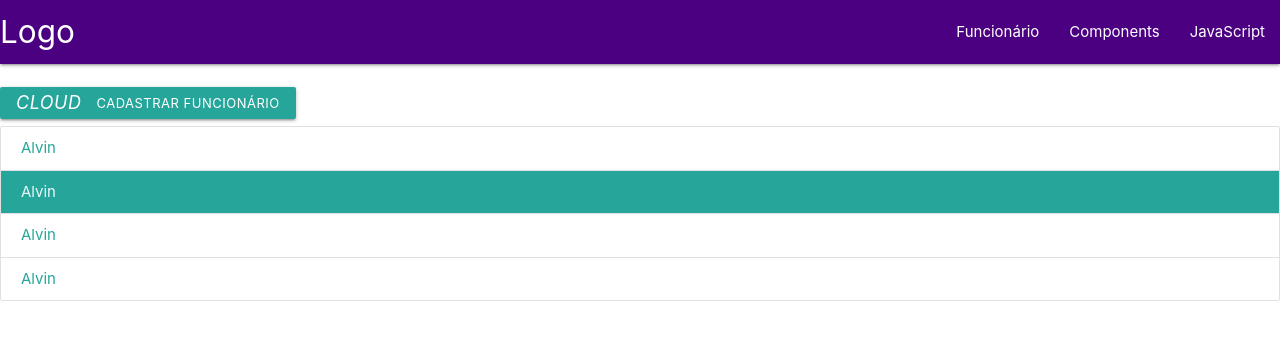
Repository: andrehct/CONCESSIONARIA_BD
Page: http://localhost/Projeto/funcionario/listar.jsp
These files come from the project's save history. The page is drawn as it stood at one moment and after the next save; the edit follows.
The browser window is 1280 px wide. The pictures show the whole page.
The page is served by Tomcat 9.

Above is the page before, as saved 2019-06-28 14:22:37.

After the next save:
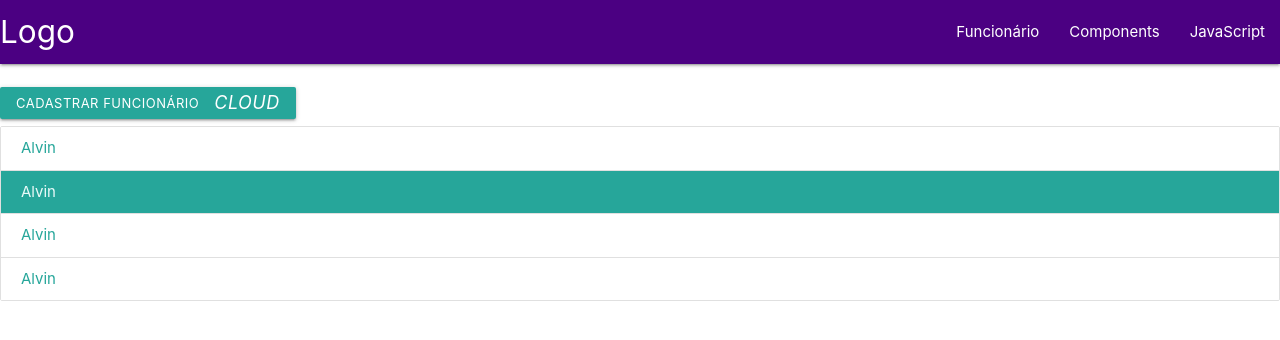
Saved 21 s later.
--- a/Projeto/WebContent/funcionario/listar.jsp
+++ b/Projeto/WebContent/funcionario/listar.jsp
@@ -9,7 +9,7 @@
 </head>
 <body>
     <br/>
-      <a class="waves-effect waves-light btn-small"><i class="material-icons left">cloud</i>Cadastrar Funcionário</a>
+      <a class="waves-effect waves-light btn-small"><i class="material-icons right">cloud</i>Cadastrar Funcionário</a>
     <br/>
 	<div class="collection">
         <a href="#!" class="collection-item">Alvin</a>
